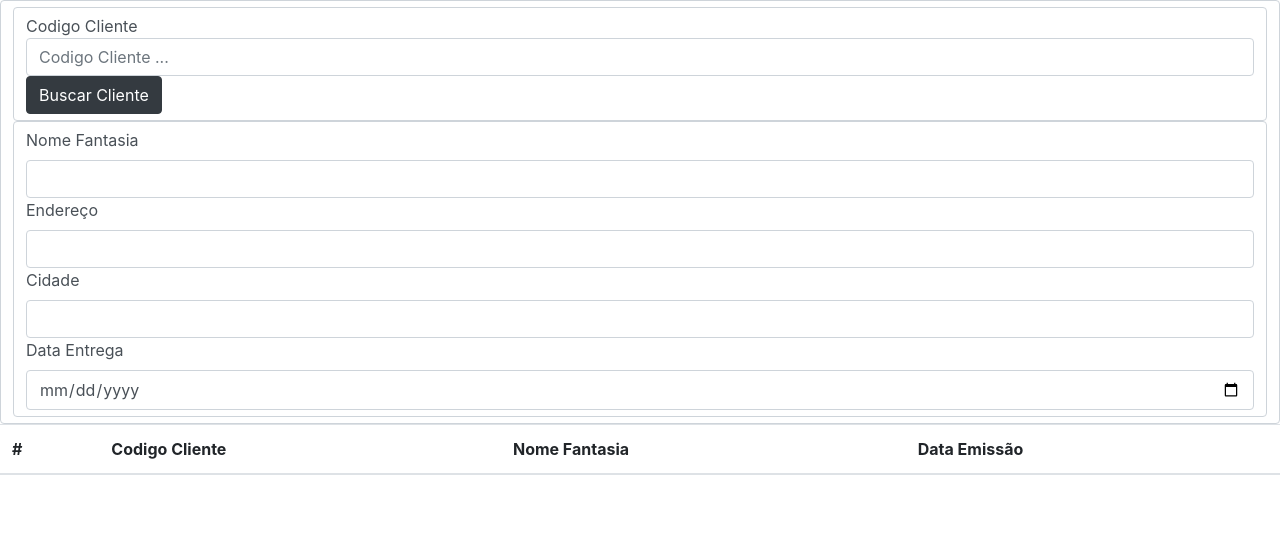
Repository: RobertoAntunes35/controle-estoque
Page: backend/templates/paginaGeracaoPedidos.html
These files come from the project's save history. The page is drawn as it stood at one moment and after the next save; the edit follows.
The browser window is 1280 px wide. The pictures show the whole page.
Some web libraries are served in a nearby version. The template is drawn by Flask 3. The application's start-up code is not run. Other server files are loaded and not shown. The template is opened directly, without the code that normally fills it, so the values that code supplies are empty.

Above is the page before, as saved 2023-06-06 10:40:01.

### backend/templates/paginaGeracaoPedidos.html
{% extends "index.html" %}

{% block title %} Geração Pedidos {% endblock %}

{% block content %}
<div class="content-geracao-pedido">
        <form action="">
            <div class="data-clientes form-control">
                <div class="buscar form-control">
                    <label class="form-check-label" for="">Codigo Cliente</label>
                    <input class="form-control" type="text" name="codigoCliente" id="codigoCliente" placeholder="Codigo Cliente ...">
                    <a href="#" class="btn btn-dark">Buscar Cliente</a>
                </div>

                <div class="datas-cliente form-control">
                    <label for="">Nome Fantasia</label>
                    <input class="form-control" type="text" name="nomeFantasia" id="nomeFantasia">

                    <label for="">Endereço</label>
                    <input class="form-control" type="text" name="enderecoCliente" id="enderecoCliente">

                    <label for="">Cidade</label>
                    <input class="form-control" type="text" name="cidadeCliente" id="cidadeCliente">

                    <label for="">Data Entrega</label>
                    <input class="form-control" type="date" name="dataEntrega" id="dataEntrega">
                </div>
            </div>
            <div class="produtos">
                <table class="table">
                    <thead>
                        <tr>
                            <th scope="col">#</th>
                            <th scope="col">Codigo Cliente</th>
                            <th scope="col">Nome Fantasia</th>
                            <th scope="col">Data Emissão</th>
                        </tr>
                    </thead>

                </table>
            </div>

        </form>
    </div>

{% endblock %}

### backend/templates/index.html
<!DOCTYPE html>
<html lang="en">

{% block head %}
<head>
    <meta charset="UTF-8">
    <meta http-equiv="X-UA-Compatible" content="IE=edge">
    <meta name="viewport" content="width=device-width, initial-scale=1.0">
    <title>{% block title %} {% endblock %}</title>

    <script src="https://ajax.googleapis.com/ajax/libs/jquery/3.5.1/jquery.min.js"></script>
    <!-- CSS INTERNO -->
    <link rel="stylesheet" href="{{ url_for('static', filename='css/globalStyle.css') }}">

    <!-- FONTE -->

    <!-- BOOTSTRAP -->
    <link rel="stylesheet" href="https://maxcdn.bootstrapcdn.com/bootstrap/4.0.0/css/bootstrap.min.css">
    <script src="https://maxcdn.bootstrapcdn.com/bootstrap/4.0.0/js/bootstrap.min.js"></script>
    <script src="https://cdnjs.cloudflare.com/ajax/libs/popper.js/1.12.9/umd/popper.min.js"></script>

    <!-- SCRIPT INTERNO -->
    <script src="{{ url_for('static' , filename='js/script.js') }}"></script>

    <!-- SCRIPTS AUXILIARES -->

</head>
{% endblock %}

<body>
   <div class="content">
    {% block content %} {% endblock %}
    </div>

</body>
</html>

### backend/static/css/globalStyle.css
* {
    margin: 0 auto;
    padding: 0;
    box-sizing: border-box;
}

.div-formulario {
    border: 1px solid;
}

.container {
    display: flex;
    justify-content: left;
    align-items: center;
    width: 100vw;
    height: 100vh;

    /* border: 1px solid; */
}

.search-product{
    /* border: 1px solid; */
}
.values-find{
    /* border: 1px solid; */
}

.choices-values{
    /* border: 1px solid; */
}

### backend/static/js/script.js

$(document).ready(function() {
    $('#btnBuscar').click(function(event) {
        event.preventDefault();

        var inputValue = $('#codigo').val();
        console.log(inputValue);

    $.ajax({
        url: '/busca_produtos',
        type: 'POST',
        data: {codigoProduto: inputValue},
        success: function(date) {
            $('#descricao').val(date.updatedValue.descricao)
            $('#codigoFornecedor').val(date.updatedValue.codigoFornecedor)
            $('#unidade').val(date.updatedValue.unidade)
        }
    });
    });
});


function verificarEnter(event) {
    if(event.keyCode === 13) {
        event.preventDefault();

        var botao = document.getElementById("btnBuscar")
        botao.click();
    }
}

After the next save:
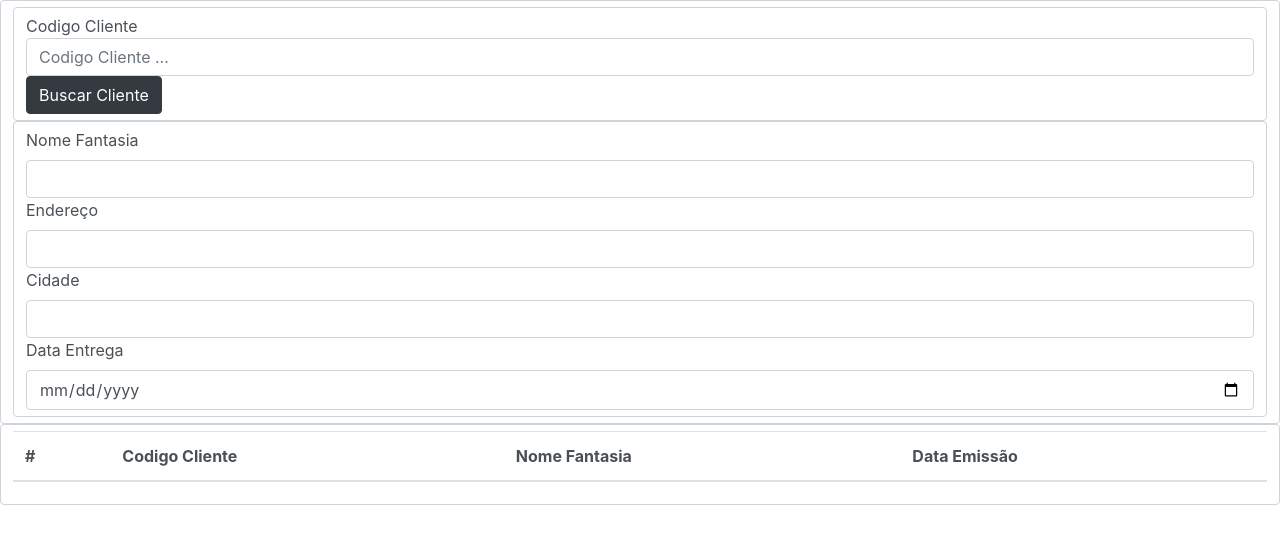
Saved 18 s later.
--- a/backend/templates/paginaGeracaoPedidos.html
+++ b/backend/templates/paginaGeracaoPedidos.html
@@ -26,7 +26,7 @@
                     <input class="form-control" type="date" name="dataEntrega" id="dataEntrega">
                 </div>
             </div>
-            <div class="produtos">
+            <div class="produtos form-control">
                 <table class="table">
                     <thead>
                         <tr>
